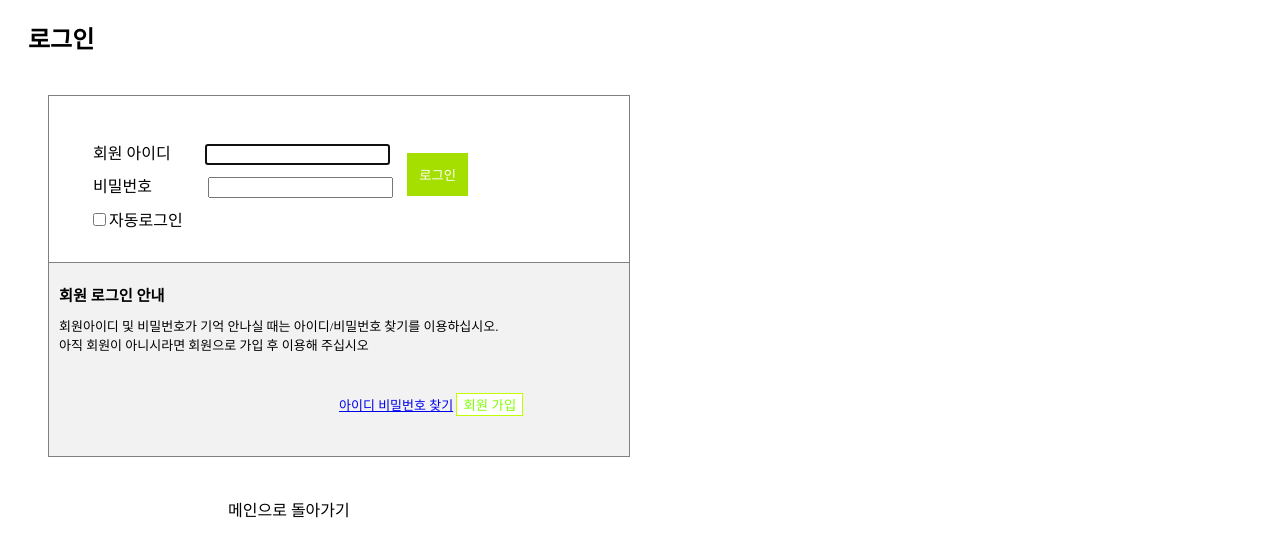
Repository: ks12b0000/JSP-School-Class
Page: chap10_JSP/src/main/webapp/Test/loginWrite.html
These files come from the project's save history. The page is drawn as it stood at one moment and after the next save; the edit follows.
The browser window is 1280 px wide. The pictures show the whole page.

Above is the page before, as saved 2022-06-04 12:31:54.

### chap10_JSP/src/main/webapp/Test/loginWrite.html
<!DOCTYPE html>
<html>
<head>
	<meta charset="UTF-8">
	<meta name="viewport" content="width=device-width, initial-scale=1.0">
	<title>로그인</title>
	<link rel="stylesheet" href="loginWrite.css" />
	<script>
function loginChk() {
    var form = document.f1;
    if (!form.user_id.value) {
        alert("아이디를 입력해 주십시오.");
        form.user_id.focus();
        return;
    }

    if (!form.user_pw.value) {
        alert("비밀번호를 입력해 주십시오.");
        form.user_pw.focus();
        return;
    }
    form.submit();
}
    </script>
</head>
<body>
	<h2>로그인</h2>
	<div class="login1">
	<form name="f1" method="post">
	<div id="id" >
		<label for="user_id">회원 아이디</label> <input type="text" id="user_id" name="user_id" autofocus/><br/>
	</div>
	<div id="pw">
		<label for="user_pw">비밀번호</label> <input type="password" id="user_pw" name="user_pw"/>
	</div>
	<div id="login_Bt">
		<input type="submit" value="로그인" onclick="loginChk()"/><br/>
	</div>
	</form>
	<form id="login_Ck">
		<input type="checkbox" id="Auto-Login" /><label for="Auto-Login">자동로그인</label>
	</form>
	</div>
	<div class="login2">
		<h3>회원 로그인 안내</h3><br/>
		<p>회원아이디 및 비밀번호가 기억 안나실 때는 아이디/비밀번호 찾기를 이용하십시오.<br/>
		아직 회원이 아니시라면 회원으로 가입 후 이용해 주십시오</p><br/>
		<form>
			<a href="findMemberInfo.html" onclick="window.open(this.href, '_blank', 'width=800', 'height=600');return false;">아이디 비밀번호 찾기</a>
			<a href="memberWriteSub.html"><input id="signup" type="button" value="회원 가입" /></a><br/>
		</form>
	</div>

	<a href="http://localhost:8080/chap10_JSP/Test/loginWrite.html" id="mainback">메인으로 돌아가기</a>
</body>
</html>

### chap10_JSP/src/main/webapp/Test/loginWrite.css
@charset "UTF-8";
	body h2 {
		margin-left: 20px;
	}
	.login1 {
		width: 500px;
		border: 1px solid gray;
		margin: 40px;
		padding: 40px;

	}
	.login1 #id {
		width: 400px;

		padding: 4px;
	}
	.login1 #id input {

		margin-left: 30px;
	}
	.login1 #pw {

		padding: 4px;
	}
	.login1 #pw input {

		margin-left: 52px;
	}
	.login1 #login_Bt {
		text-align: right;
		margin-top: -50px;
		margin-right: 120px;
	}
	.login1 #login_Bt input {
		margin-left: 5px;
		padding: 12px;
		border: 1px solid white;
		background-color: #A5DF00;
		color: white;
	}
	.login1 #login_Ck {
		margin-top: 10px;
	}
	.login2 {
		border: 1px solid gray;
		font-size: 13px;
		background-color: #F2F2F2;
		width: 500px;
		margin: 40px;
		padding: 40px;
		margin-top: -50px;

	}
	.login2 h3 {
		margin-top: -20px;
		margin-left: -30px;
	}
	.login2 p {
		margin-top: -20px;
		margin-left: -30px;
	}
	.login2 form {
		margin-top: 10px;
		margin-left: 250px;

	}
	.login2 #idpw_bt {
		border: 1px solid white;
		background-color: #A5DF00;
		color: white;
	}
	.login2 #signup {
		border: 1px solid #BFFF00;
		background-color: white;
		color: #80FF00;
	}
	body #mainback {
		margin-left: 220px;
		text-decoration: none;
		color: black;
	}
	body #em2 {
		border-top: 1px solid gray;
		margin-left: 20px;
		padding-top: 15px;
	}
	#email1 {
		margin-left: 20px;
		font-size: 19px;
	}
	#email1 input {
		width: 500px;
		height: 30px;
	}
	.button {
		margin-top: 40px;
		margin-left: 250px;
	}
	.button #Confirm {
		margin-left: 5px;
		padding: 12px;
		width: 150px;
		border: 1px solid white;
		background-color: #A5DF00;
		color: white;
	}
	.button #close {
		margin-left: 5px;
		padding: 12px;
		width: 100px;
		border: 1px solid white;
		background-color: #0B3B39;
		color: white;
	}
	body #tm2 {
		color: red;
		text-align: center;
	}
	body #tm3,#tm5 {
		text-align: center;
	}
	body #tm4,#tm6 {
		border: 1px solid black;
		width: 1300px;
		height: 300px;
		background-color: #D8D8D8;
		margin-left: 10px;
	}
	#terms_Ck,#terms_Ck2 {
		text-align: right;
	}
	#signup3 {
		text-align: center;
	}
	#signup3 input {
		margin-left: 5px;
		padding: 12px;
		border: 1px solid white;
		background-color: #A5DF00;
		color: white;
	}
	.button3 {
		text-align: right;
		margin-top: -50px;
		margin-right: 10px;
	}
	.button3 #notebox {
		border: 1px solid #BFFF00;
		background-color: white;
		color: #80FF00;
		padding: 6px;
	}
	.button3 #Revise {
		border: 1px solid #BFFF00;
		background-color: white;
		color: #80FF00;
		padding: 6px;
	}
	.button3 #secession {
		border: 1px solid white;
		background-color: #A5DF00;
		color: white;
		padding: 6px;
	}
	.Profile111 {
		border: 1px solid gray;
		border-collapse: collapse;
		margin-top: 15px;
		width: 100%;
		height: 150px;
		background-color: #FAFAFA;
	}
	.Profile111 #Profile112 {
		border-bottom: 1px solid gray;
	}
	.Profile2 {
		border-top: 3px solid black;
		width: 100%;
		background-color: #F2F2F2;
		height: 50px;
		border-bottom: 1px solid gray;
		margin-top: 20px;
	}
	#hh3 {
		margin-left: 10px;
	}
	.Contents {
		text-align: center;
		margin-top: 100px;
		border-bottom: 1px solid gray;
		height: 100px;
	}
	.menu1 ul {
		background-color: #585858;
		height: 50px;
		margin: 0;
		padding: 0;
		list-style: none;

	}
	.menu1 li {
		float: left;
		border-right: 1px solid #2E2EFE;
	}
	.menu1 li a {
		padding-left: 10px;
		color: white;
		text-decoration: none;
		display: block;
		text-align: center;
		padding: 14px 16px;
	}
	.menu1 #a1 {
		border-left: 1px solid #2E2EFE;
		margin-left: 10px;
	}
	.guide {
		text-align: left;
	}
	.button2 {
		text-align: center;
	}
	.button2 #close2 {
		text-align: center;
		padding: 10px;
		width: 80px;
		border: 1px solid white;
		background-color: #0B4C5F;
		color: white;
	}
	.Profile3 {
		border-top: 3px solid black;
		width: 100%;
		height: 50px;
		margin-top: 20px;
	}
	.Profile3 #id12 {
		margin-top: 20px;
		padding-left:10px;
		padding-top: 10px;
		text-align: left;
		width: 200px;
		background-color: #F2F2F2;
		height: 60px;
	}
	.Profile3 input {
		background-color: #F2F2F2;
		margin-left: 15px;
		margin-top: 10px;
		padding-top: 10px;
		border: 1px solid gray;
		width: 500px;
		text-align: left;
	}
	.Profile3 p {
		font-size: 13px;
		margin-left: 15px;

	}
	.Profile4 {
		border-top: 1px solid gray;
		border-bottom: 1px solid gray;
		width: 100%;
		height: 50px;
	}
	.Profile4 #id13 {
		margin-top: 20px;
		padding-left:10px;
		padding-top: 10px;
		text-align: left;
		width: 200px;
		background-color: #F2F2F2;
		height: 200px;
	}
	.Profile4 #ucontent {
		background-color: #F2F2F2;
		margin-left: 15px;
		margin-top: 10px;
		padding-top: 10px;
		border: 1px solid gray;
		width: 700px;
		height: 200px;
		text-align: left;
	}
	.button12 {
		margin-top: 40px;
		text-align: center;
	}
	.button12 #Confirm12 {
		margin-left: 5px;
		padding: 12px;
		width: 150px;
		border: 1px solid white;
		background-color: #A5DF00;
		color: white;
	}
	.button12 #close12 {
		margin-left: 5px;
		padding: 12px;
		width: 100px;
		border: 1px solid white;
		background-color: #0B3B39;
		color: white;
	}

After the next save:
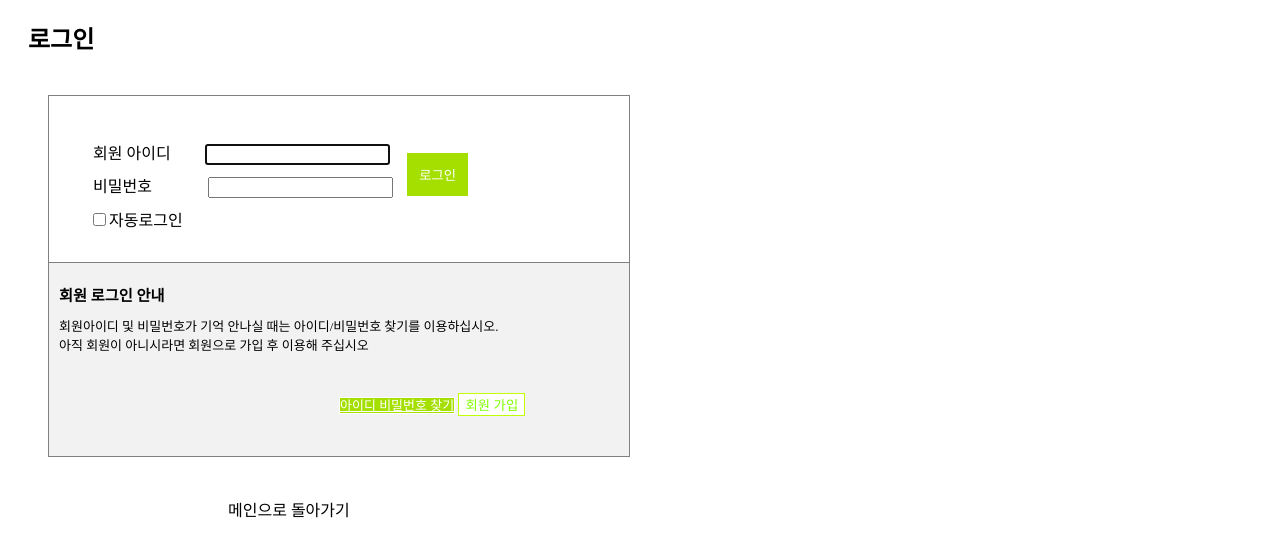
Saved 34 s later.
--- a/chap10_JSP/src/main/webapp/Test/loginWrite.html
+++ b/chap10_JSP/src/main/webapp/Test/loginWrite.html
@@ -46,7 +46,7 @@ function loginChk() {
 		<p>회원아이디 및 비밀번호가 기억 안나실 때는 아이디/비밀번호 찾기를 이용하십시오.<br/>
 		아직 회원이 아니시라면 회원으로 가입 후 이용해 주십시오</p><br/>
 		<form>
-			<a href="findMemberInfo.html" onclick="window.open(this.href, '_blank', 'width=800', 'height=600');return false;">아이디 비밀번호 찾기</a>
+			<a href="findMemberInfo.html"  id="idpw_bt" onclick="window.open(this.href, '_blank', 'width=800', 'height=600');return false;">아이디 비밀번호 찾기</a>
 			<a href="memberWriteSub.html"><input id="signup" type="button" value="회원 가입" /></a><br/>
 		</form>
 	</div>
